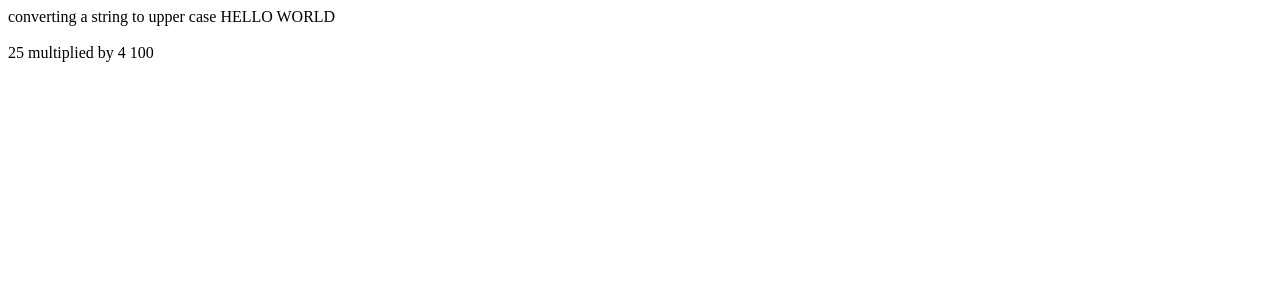
Repository: shailajaJ/database_app
Page: http://localhost/jspdemp/expression-test.jsp
An editor plug-in stored every save of this project. The page is shown before and after the next save, followed by the edit.
The browser window is 1280 px wide. The pictures show the whole page.
The page is served by Tomcat 9. Other server files are loaded and not shown.

Above is the page before, as saved 2017-03-12 02:38:25.

### jsp-servlets/jspdemp/WebContent/expression-test.jsp
<html>
<body>
converting a string to upper case <%= new String("Hello World").toUpperCase() %>
<br> </br>
25 multiplied by 4 <%= 25*4 %>
</body>
</html>

After the next save:
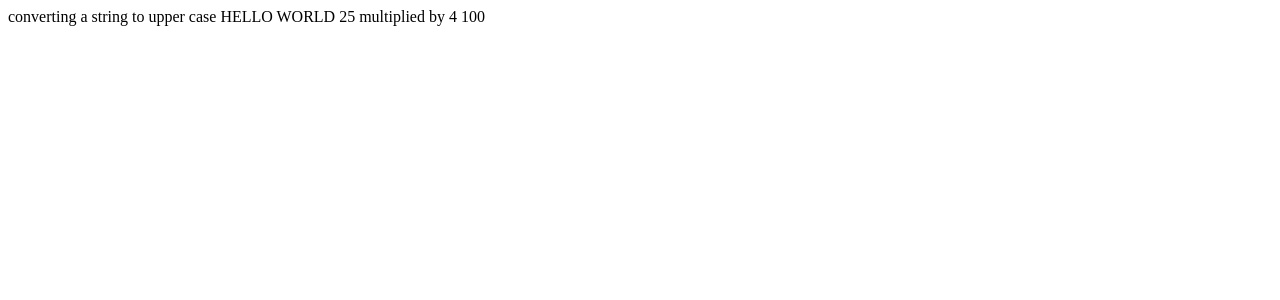
Saved 55 s later.
--- a/jsp-servlets/jspdemp/WebContent/expression-test.jsp
+++ b/jsp-servlets/jspdemp/WebContent/expression-test.jsp
@@ -1,7 +1,6 @@
 <html>
 <body>
 converting a string to upper case <%= new String("Hello World").toUpperCase() %>
-<br> </br>
 25 multiplied by 4 <%= 25*4 %>
 </body>
 </html>
